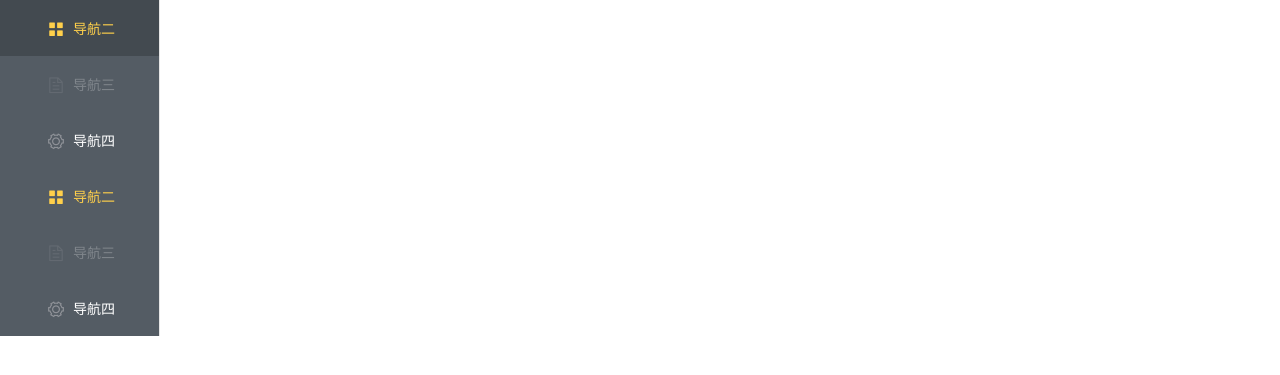
Repository: cjl0805/graduation-design-front
Page: /back/home
The author's editor kept a copy of each file at every save. The page is drawn from the files as they stood at one save, then again after the next save.
The browser window is 1280 px wide. The pictures show the whole page.
The project was rebuilt for these pictures with package versions that can differ from the ones it lists, and the page was loaded fresh each time. Also part of the build but not shown: vue.config.js, src/components/RotationChart.vue, src/components/NavigationBar.vue, src/components/HairStylist.vue, src/components/HairStyle.vue, src/views/font/HairStyleView.vue, src/views/font/HairStylistView.vue, src/views/font/HomeView.vue and 13 more.

Above is the page before, as saved 2023-04-17 16:26:25.

After the next save:
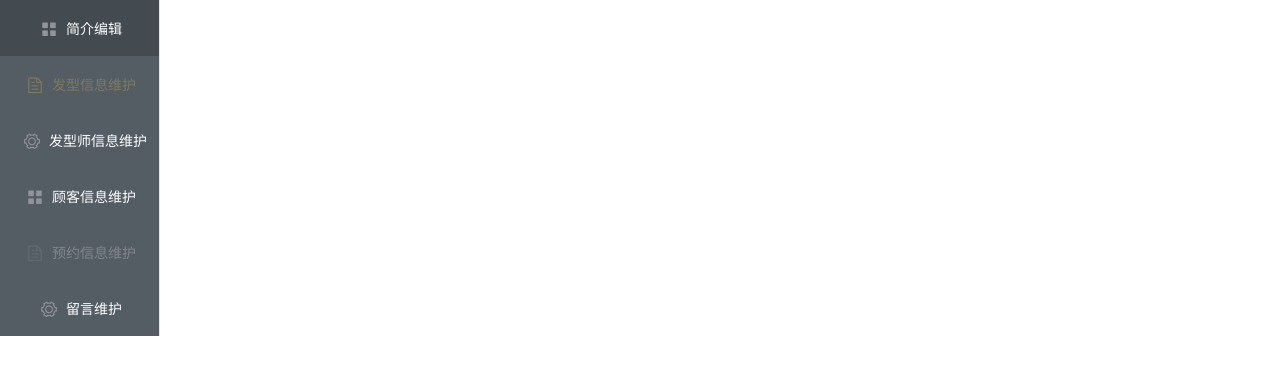
Saved 104 s later.
--- a/src/views/back/MainView.vue
+++ b/src/views/back/MainView.vue
@@ -9,29 +9,29 @@
       text-color="#fff"
       active-text-color="#ffd04b"
     >
-      <el-menu-item index="2">
+      <el-menu-item index="1">
         <i class="el-icon-menu"></i>
-        <span slot="title">导航二</span>
+        <span slot="title">简介编辑</span>
       </el-menu-item>
-      <el-menu-item index="3" disabled>
+      <el-menu-item index="2" disabled>
         <i class="el-icon-document"></i>
-        <span slot="title">导航三</span>
+        <span slot="title">发型信息维护</span>
+      </el-menu-item>
+      <el-menu-item index="3">
+        <i class="el-icon-setting"></i>
+        <span slot="title">发型师信息维护</span>
       </el-menu-item>
       <el-menu-item index="4">
+        <i class="el-icon-menu"></i>
+        <span slot="title">顾客信息维护</span>
+      </el-menu-item>
+      <el-menu-item index="5" disabled>
+        <i class="el-icon-document"></i>
+        <span slot="title">预约信息维护</span>
+      </el-menu-item>
+      <el-menu-item index="6">
         <i class="el-icon-setting"></i>
-        <span slot="title">导航四</span>
-      </el-menu-item>
-      <el-menu-item index="2">
-        <i class="el-icon-menu"></i>
-        <span slot="title">导航二</span>
-      </el-menu-item>
-      <el-menu-item index="3" disabled>
-        <i class="el-icon-document"></i>
-        <span slot="title">导航三</span>
-      </el-menu-item>
-      <el-menu-item index="4">
-        <i class="el-icon-setting"></i>
-        <span slot="title">导航四</span>
+        <span slot="title">留言维护</span>
       </el-menu-item>
     </el-menu>
   </el-col>
